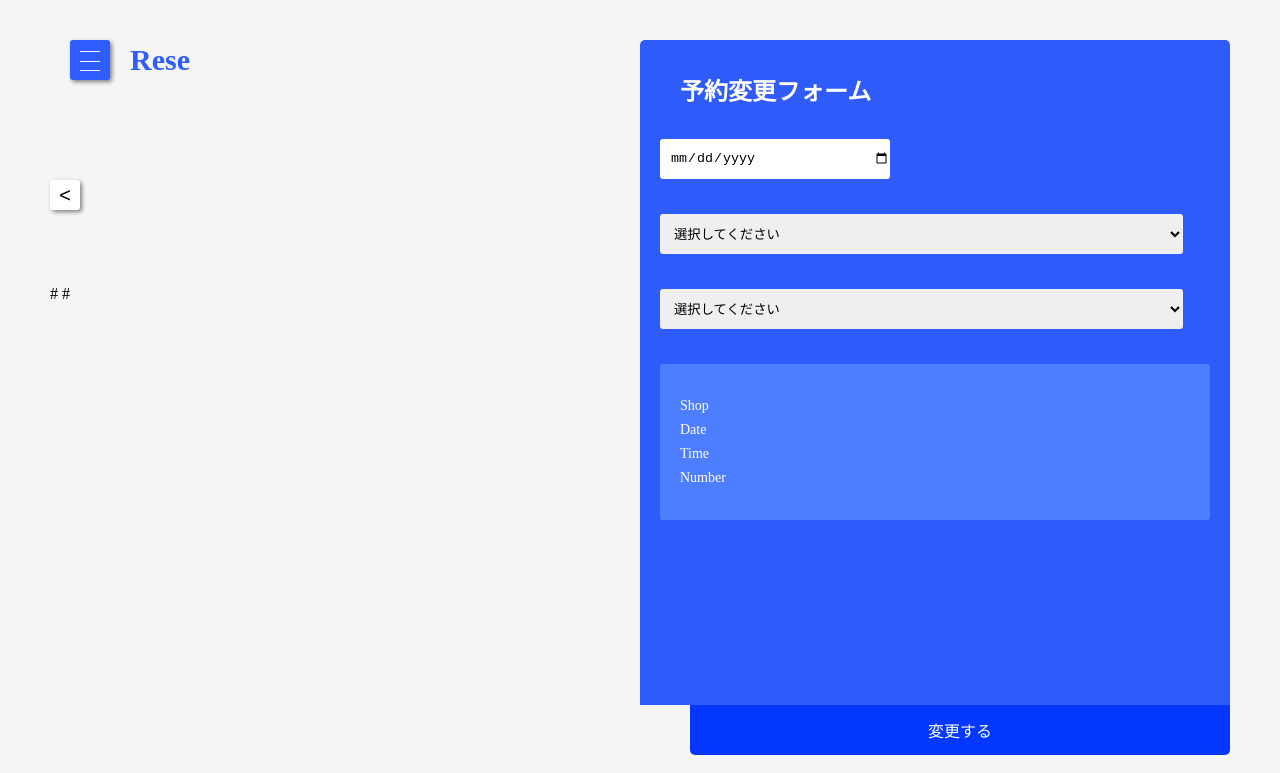
Repository: Haruka-Wada/Rese
Page: src/resources/views/edit.blade.php
The author's editor kept a copy of each file at every save. The page is drawn from the files as they stood at one save, then again after the next save.
The browser window is 1280 px wide. The pictures show the whole page.
The page is served by the project's Laravel application, run on PHP 8.4 with Laravel 8. The template is opened directly, without the code that normally fills it, so the values that code supplies are empty.

Above is the page before, as saved 2024-11-19 15:31:26.

After the next save:
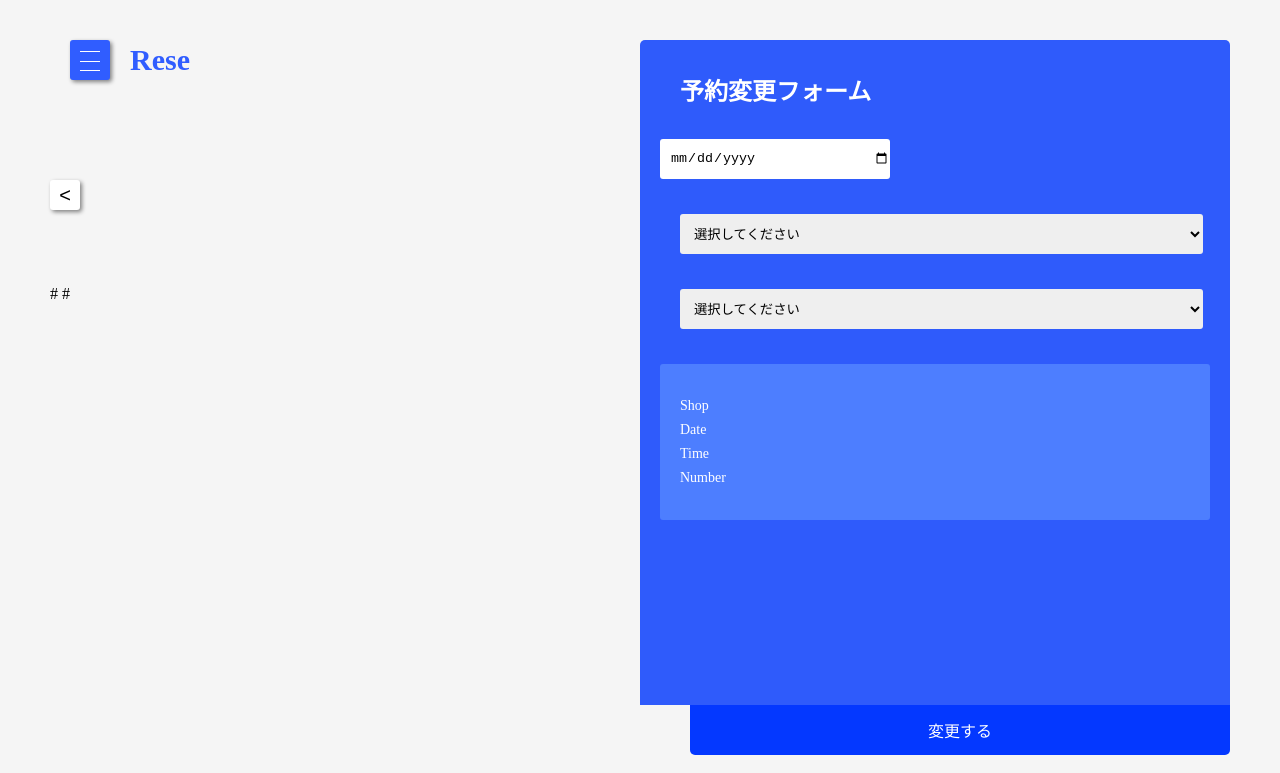
Saved 12 s later.
--- a/src/public/css/edit.css
+++ b/src/public/css/edit.css
@@ -94,7 +94,7 @@
     border: none;
     border-radius: 3px;
     padding-left: 10px;
-    margin-bottom: 15px;
+    margin: 0 20px 15px;
 }
 
 .reservation__confirm {
